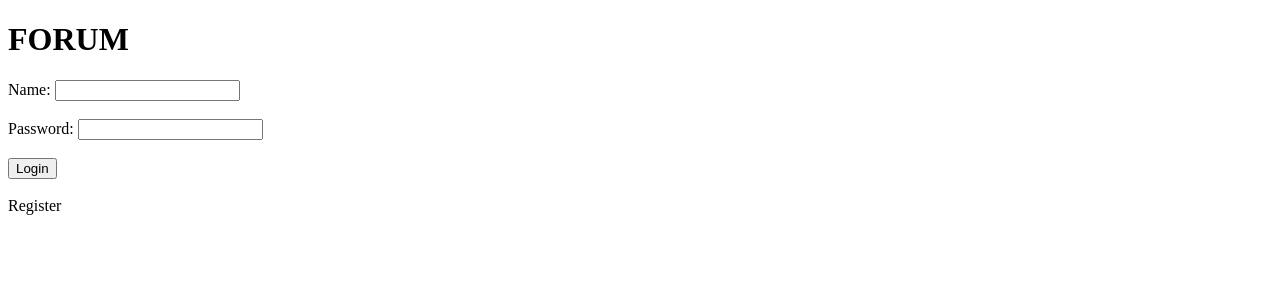
Repository: TeodorZlatev/Homework
Page: http://localhost/Web/
The author's editor kept a copy of each file at every save. The page is drawn from the files as they stood at one save, then again after the next save.
The browser window is 1280 px wide. The pictures show the whole page.
The page is served by Tomcat 9. Other server files are loaded and not shown.

Above is the page before, as saved 2016-04-20 19:35:32.

### HomeworkWeb/Web/WebContent/index.jsp
<%@ page language="java" contentType="text/html; charset=ISO-8859-1"
	pageEncoding="ISO-8859-1"%>
<!DOCTYPE html PUBLIC "-//W3C//DTD HTML 4.01 Transitional//EN" "http://www.w3.org/TR/html4/loose.dtd">
<html>
<meta http-equiv="content-type"
	content="text/html; charset=windows-1251" />
<body>
	<p>
	<h1>FORUM</h1>
	</p>
	<form action="servlet/Register" method="post">
		Name: <input type="text" name="userName" /> <br />
		<br />
		Password: <input type="password" name="userPass" /> <br />
		<br />
		<input type="submit" value="Login" /> <br />
		<br/>
		<ahref="RegisterServlet">Register</a>
	</form>
</body>
</html>

After the next save:
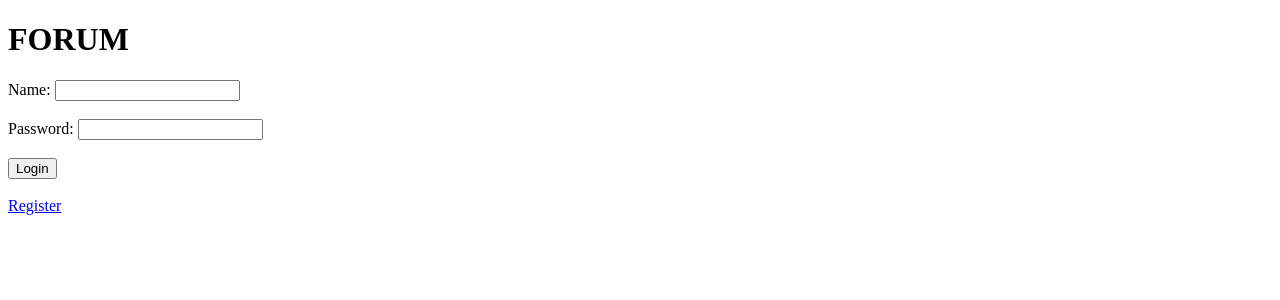
Saved 22 s later.
--- a/HomeworkWeb/Web/WebContent/index.jsp
+++ b/HomeworkWeb/Web/WebContent/index.jsp
@@ -15,7 +15,7 @@
 		<br />
 		<input type="submit" value="Login" /> <br />
 		<br/>
-		<ahref="RegisterServlet">Register</a>
+		<a href="RegisterServlet">Register</a>
 	</form>
 </body>
 </html>
